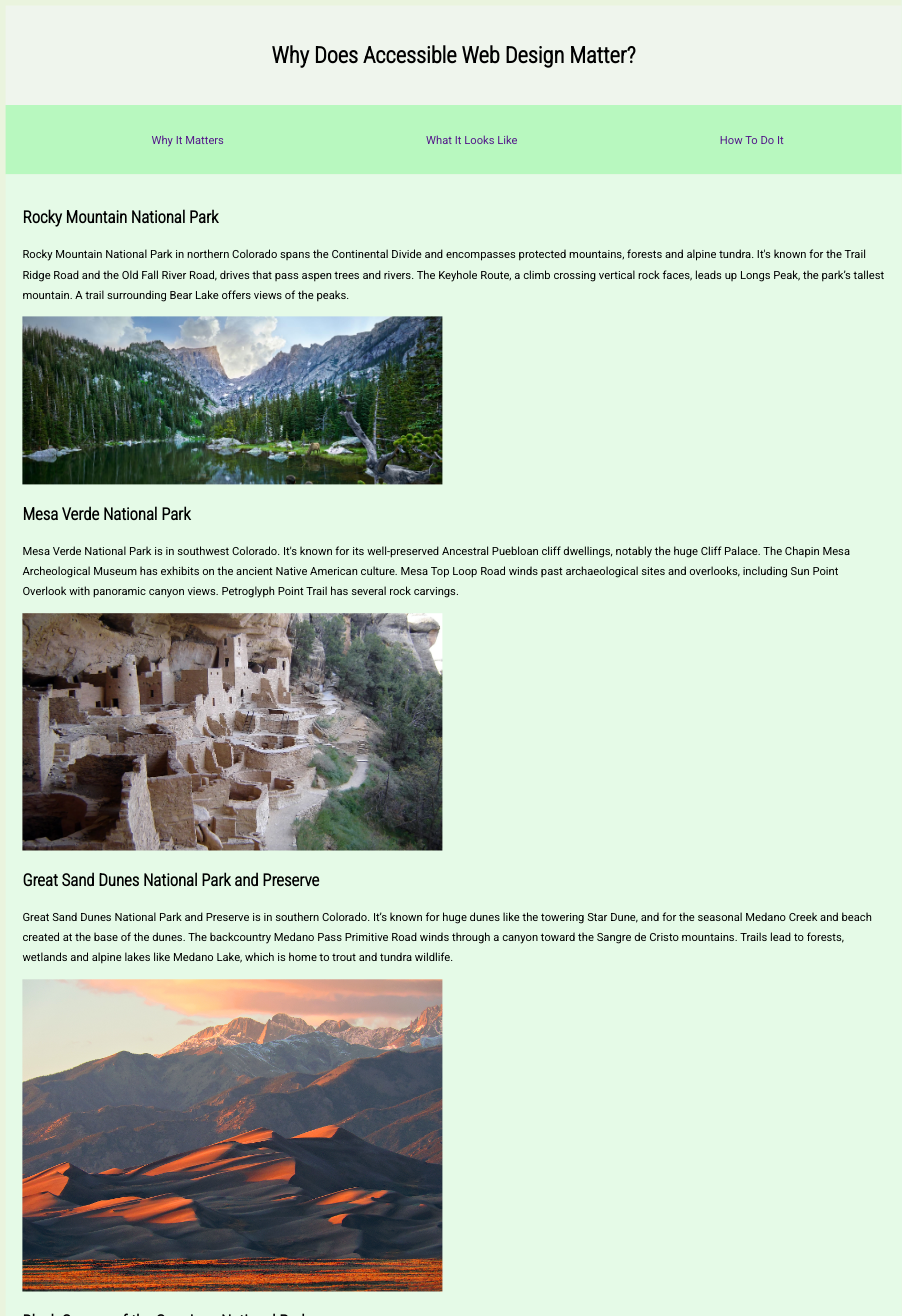
Repository: ethan-schrauf/UniversalDesignWebsite
Page: why.html
An editor plug-in stored every save of this project. The page is shown before and after the next save, followed by the edit.
The browser window is 1280 px wide. The page is 1288 px wide, so the pictures cover 1288 px, including what lies to the right of the window. The pictures show the part of the page from y = 0 to 1880 px (the page is 5190 px tall), at 70% of full size.

Above is the page before, as saved 2023-11-22 21:36:09.

After the next save:
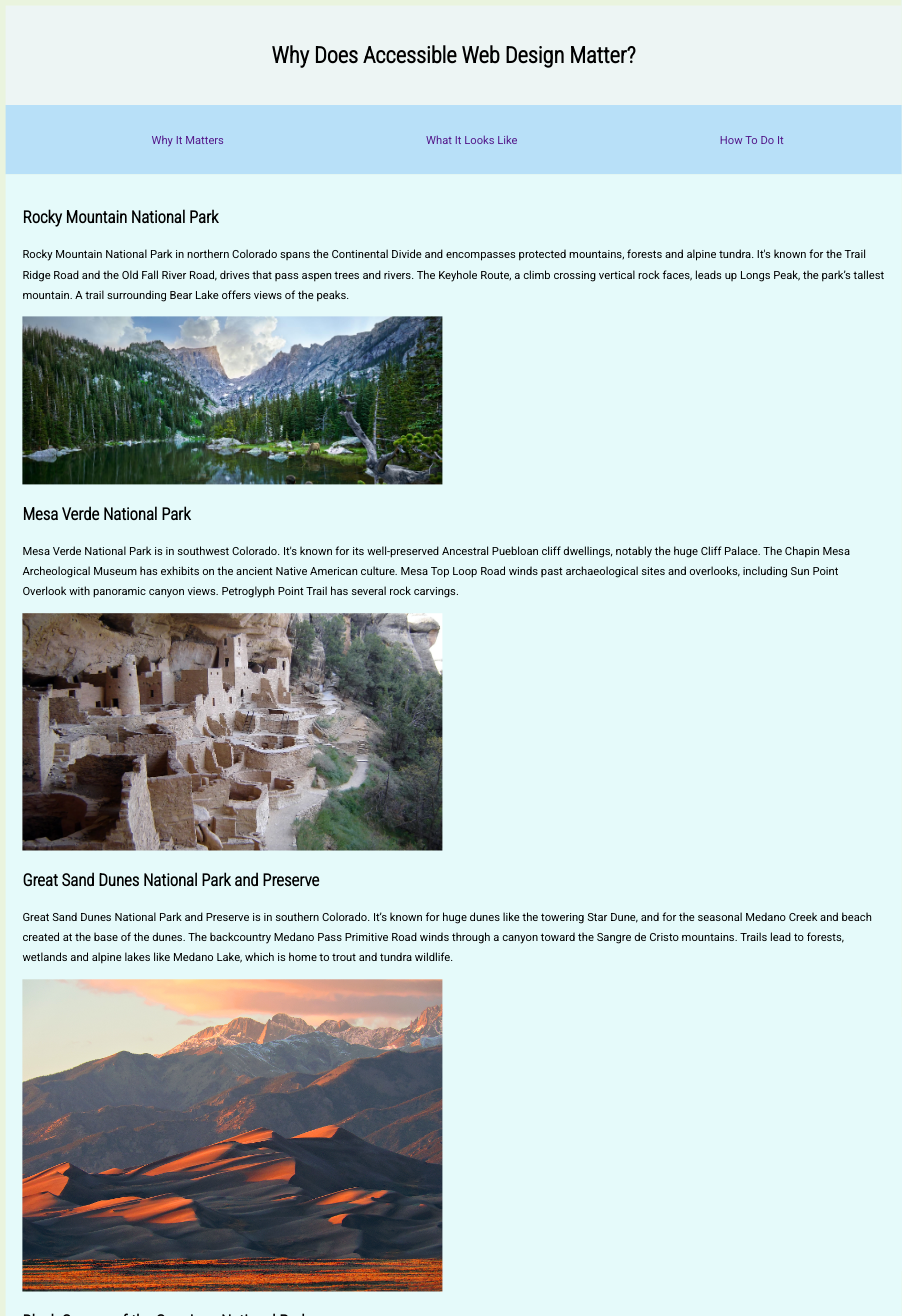
Saved 12 s later.
--- a/why.html
+++ b/why.html
@@ -7,7 +7,7 @@
   <meta name="viewport" content="width=device-width, initial-scale=1.0">
   <meta http-equiv="X-UA-Compatible" content="ie=edge">
   <title>Why Accessibility Matters</title>
-  <link href="lab4.css" rel="stylesheet">
+  <link href="why.css" rel="stylesheet">
 </head>
 <body>
 <div class="container">
